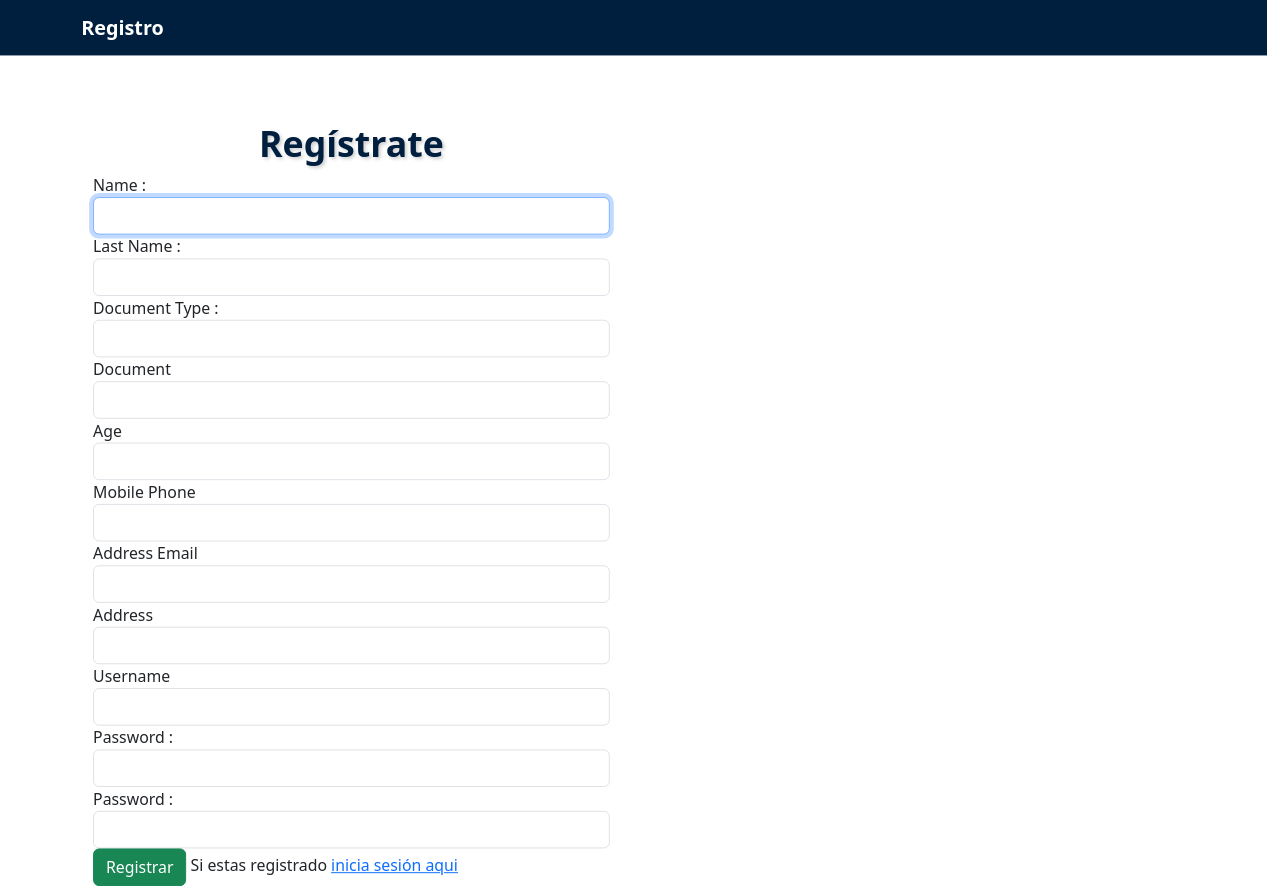
Repository: BolivarCaro/ecenviosweb
Page: http://localhost/record
These files come from the project's save history. The page is drawn as it stood at one moment and after the next save; the edit follows.
The browser window is 1280 px wide. The pictures show the whole page, at 99% of full size.
The page is this project's Thymeleaf template; nobody is signed in. The template is opened directly, without the code that normally fills it, so the values that code supplies are empty.

Above is the page before, as saved 2024-07-14 14:57:17.

### sprindbootecenvios/src/main/resources/templates/record.html
<!doctype html>
<html lang="en">
  <head>
    <meta charset="utf-8">
    <meta name="viewport" content="width=device-width, initial-scale=1">
    <title>Ec-envios</title>
    <link href="https://cdn.jsdelivr.net/npm/bootstrap@5.3.3/dist/css/bootstrap.min.css" rel="stylesheet"
		integrity="sha384-QWTKZyjpPEjISv5WaRU9OFeRpok6YctnYmDr5pNlyT2bRjXh0JMhjY6hW+ALEwIH" crossorigin="anonymous">
	<title>User Registration</title>
  </head>
  <body>
	<nav class="navbar" style="background-color: #001F3F;">
	    <div class="container text-center">
	        <a class="navbar-brand" href="#" th:href="@{/}" style="color: white; font-weight: bold; font-size: 20px;">
	            Registro
	        </a>
	    </div>
	</nav>




		<br>
		<br>

		<div class="container">
			<div class="row">
				<div class="col-md-6 col-md-offset-3">
					<div th:if=${param.exito}>
						<div class="alert alert-info">registro exitoso </div>
					</div>

					<h1 style="text-align: center; font-size: 36px; color: #001F3F; font-weight: bold; margin-top: 20px; text-shadow: 2px 2px 4px rgba(0, 0, 0, 0.2);">
					    Regístrate
					</h1>

					<div class="container">
						<form th:action="@{/record}" method="post" th:object="${customer}">
							<div class="form-group">
								<label class="control-label" for="firstName">Name : </label> <input
									id="firstName" type="text" class="form-control" th:field="*{firstName}"
									required autofocus="autofocus">
							</div>

							<div class="form-group">
								<label class="control-label" for="lastName">Last Name : </label> <input
									id="lastName" class="form-control" th:field="*{lastName}"
									required autofocus="autofocus">
							</div>

							<div class="form-group">
								<label class="control-label" for="documentType">Document Type : </label>
								<input id="documentType" type="text" class="form-control" th:field="*{documentType}"
									required autofocus="autofocus">
							</div>
							<div class="form-group">
								<label class="control-label" for="document">Document</label>
								<input id="document" type="text" class="form-control" th:field="*{document}"
									requiered autofocus="autofocus">
							<div class="form-group">
								<label class="control-label" for="age">Age</label>
								<input id="age" type="text" class="form-control" th:field="*{age}"
								 required autofocus="autofocus">
							</div>
							<div class="form-group">
								<lavel class="control-label" for="mobilePhone">Mobile Phone</label>
								<input id="mobilePhone" type="text" class="form-control" th:field="*{mobilePhone}"
									required autofocus="autofocus">

							</div>
							<div class="form-group">
								<lavel class="control-label" for="email">Address Email</label>
								<input id="email" type="text" class="form-control" th:field="*{email}"
									required autofocus="autofocus">
							</div>
							<div class="form-group">
								<label class="control-label" for="address">Address</label>
								<input id="address" type="text" class="form-control" th:field="*{address}"
									required autofocus="autofocus">
							</div>
							<div class="form-group">
								<label class="control-label" for="userName">Username</label>
								<input id="userName" type="text" class="form-control" th:field="*{userName}"
									required autofocus="autofocus">
							</div>

							<div class="form-group">
								<label class="control-label" for="passwordUser">Password : </label>
								<input type="password" id="passwordUser" class="form-control" th:field="*{passwordUser}"
									required autofocus="autofocus">
							</div>
							<div class="form-group">
								<label class="control-label" for="confirmationPassword">Password : </label>
								<input type="confirmationPassword" id="confirmationPassword" class="form-control" th:field="*{confirmationPassword}"
									required autofocus="autofocus">
							</div>

							<div class="form-group">
								<button type="submit" class="btn btn-success">Registrar</button>
								<span>Si estas registrado <a th:href="@{/login}">inicia sesión aqui</a></span>
							</div>
						</form>
					</div>

				</div>
			</div>
		</div>


    	<script src="https://cdn.jsdelivr.net/npm/bootstrap@5.3.3/dist/js/bootstrap.bundle.min.js" integrity="sha384-YvpcrYf0tY3lHB60NNkmXc5s9fDVZLESaAA55NDzOxhy9GkcIdslK1eN7N6jIeHz" crossorigin="anonymous"></script>
  </body>
</html>

After the next save:
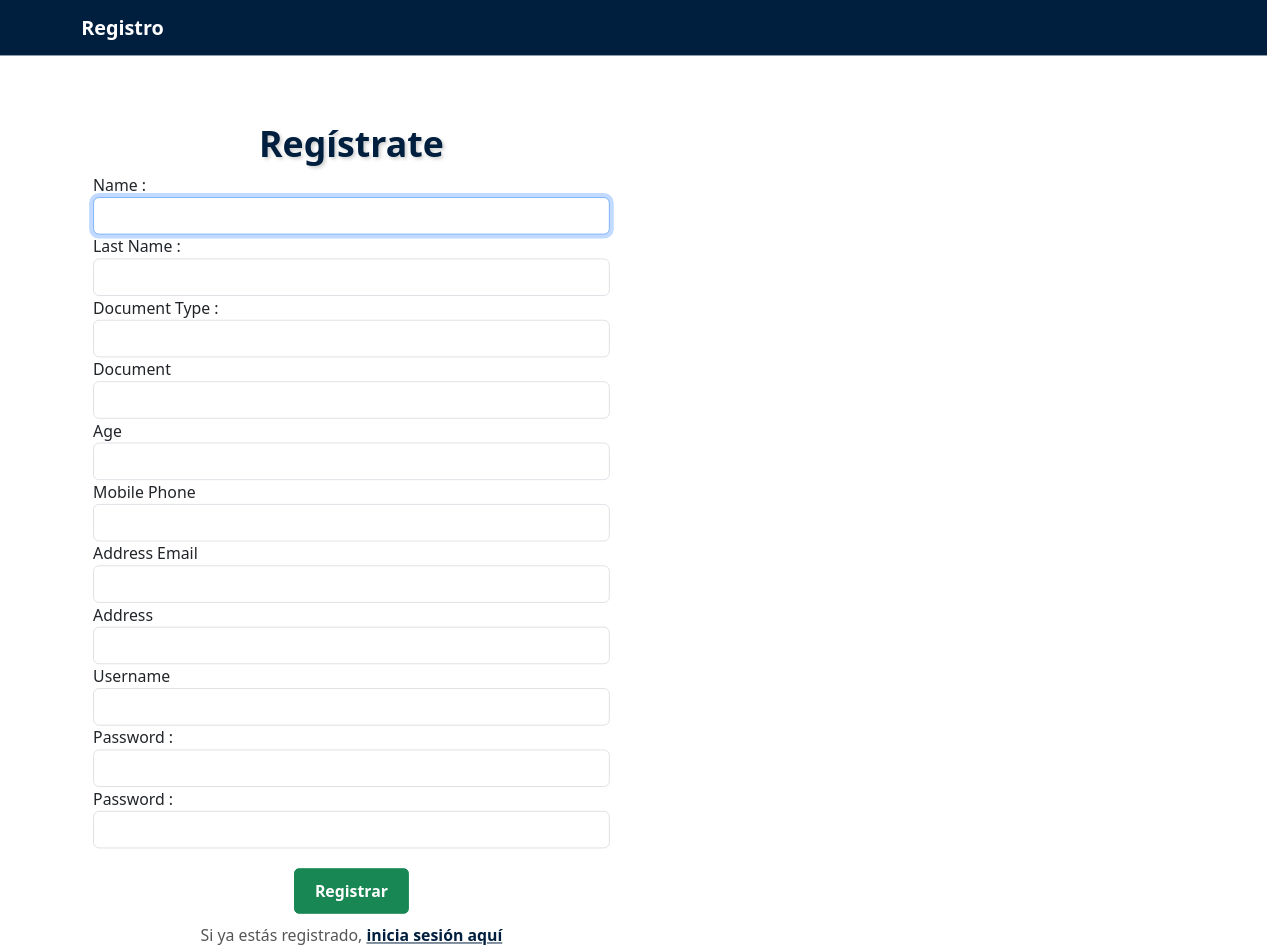
Saved 63 s later.
--- a/sprindbootecenvios/src/main/resources/templates/record.html
+++ b/sprindbootecenvios/src/main/resources/templates/record.html
@@ -95,9 +95,13 @@
 									required autofocus="autofocus">
 							</div>
 
-							<div class="form-group">
-								<button type="submit" class="btn btn-success">Registrar</button>
-								<span>Si estas registrado <a th:href="@{/login}">inicia sesión aqui</a></span>
+							<div class="form-group" style="text-align: center; margin-top: 20px;">
+							    <button type="submit" class="btn btn-success" style="padding: 10px 20px; font-size: 16px; font-weight: bold; border-radius: 5px;">
+							        Registrar
+							    </button>
+							    <div style="margin-top: 10px; color: #555;">
+							        <span>Si ya estás registrado, <a th:href="@{/login}" style="color: #001F3F; text-decoration: underline; font-weight: bold;">inicia sesión aquí</a></span>
+							    </div>
 							</div>
 						</form>
 					</div>
